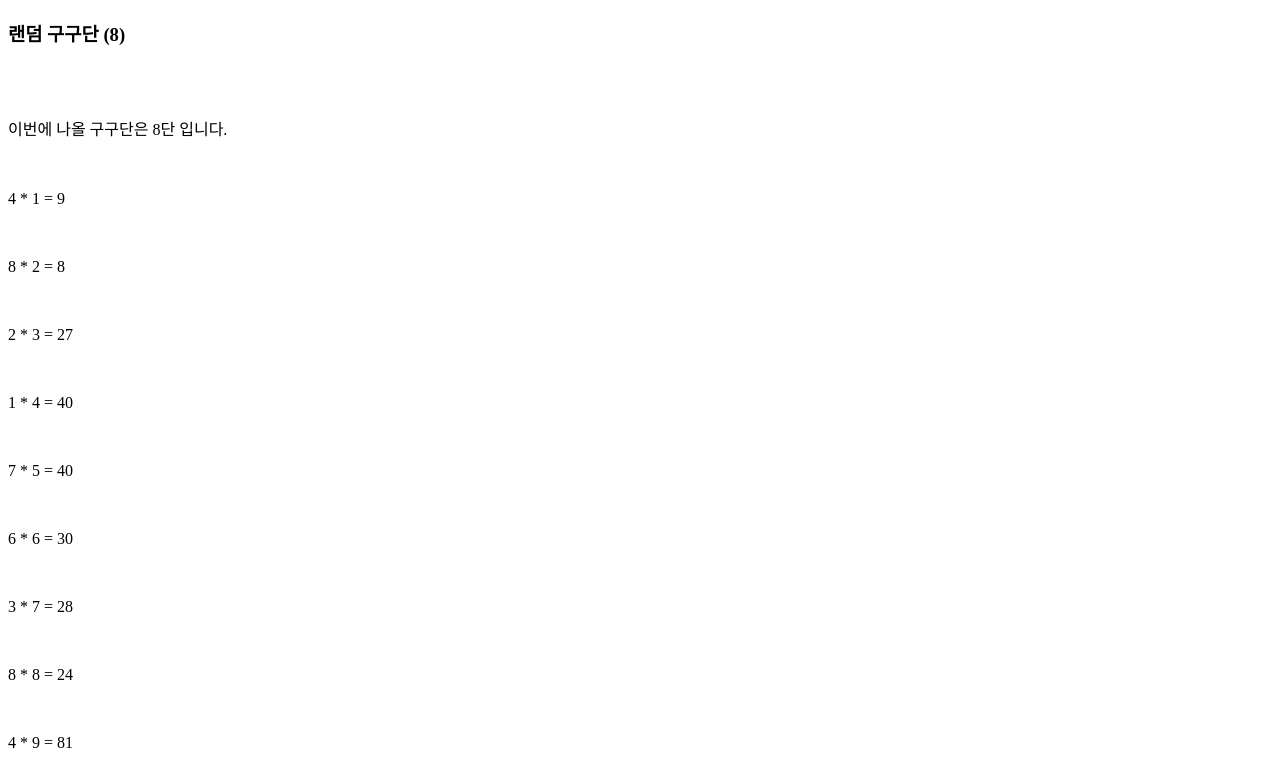
Repository: dwanGim/JSP_basic
Page: http://localhost/20220322/jsptag/tag_quiz03.jsp
These files come from the project's save history. The page is drawn as it stood at one moment and after the next save; the edit follows.
The browser window is 1280 px wide. The pictures show the whole page.
The page is served by Tomcat 9.

Above is the page before, as saved 2022-03-23 10:22:07.

### 20220322/src/main/webapp/jsptag/tag_quiz03.jsp
<%@ page language="java" contentType="text/html; charset=UTF-8"
    pageEncoding="UTF-8"%>
<!DOCTYPE html>
<html>
<head>
<meta charset="UTF-8">
<title>Insert title here</title>
</head>
<body>
<%!
	int ranNum() {
		int rn = (int)(Math.random() * 10) + 1;
		return rn;
}

%>

<h3>랜덤 구구단 (<%= ranNum() %>)</h3>
<br>
<br>
<p>이번에 나올 구구단은 <%= ranNum() %>단 입니다.<p>
<% for(int i = 1; i<10; i++){%>
	<br>
	<p><%= ranNum() %> * <%= i %> = <%= ranNum() * i %></p>
<% }%>



</body>
</html>

After the next save:
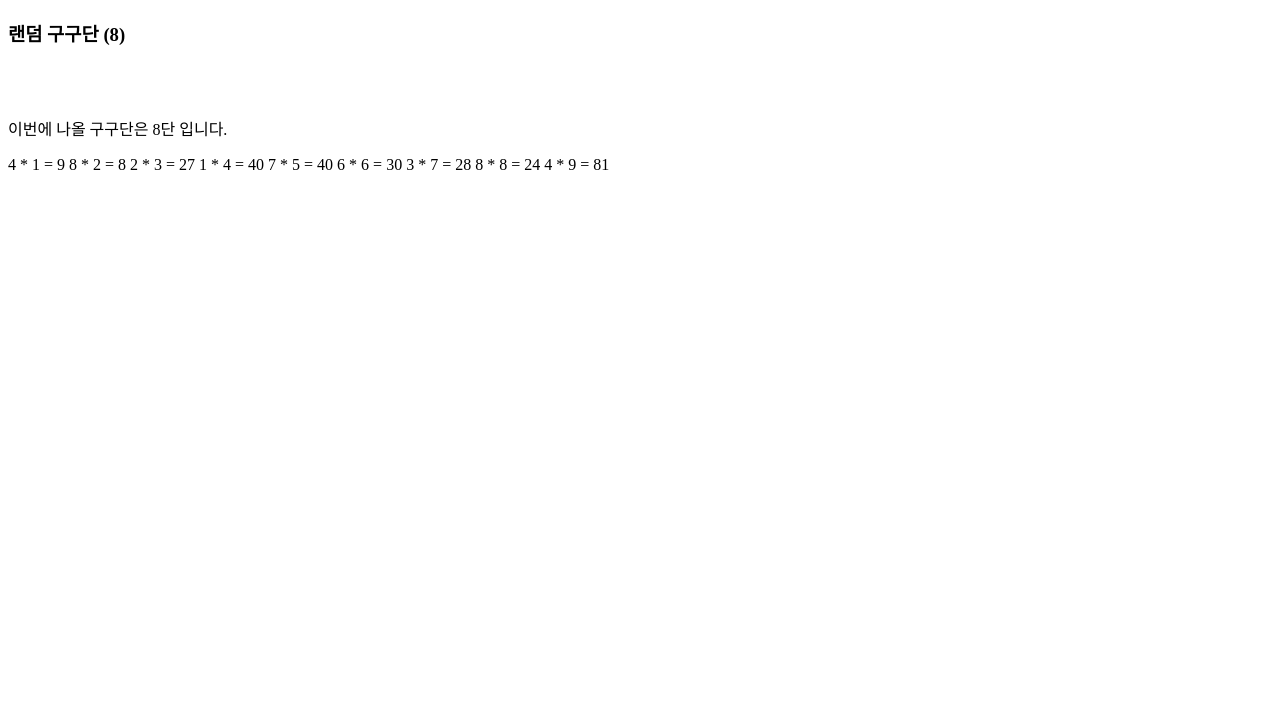
Saved 71 s later.
--- a/20220322/src/main/webapp/jsptag/tag_quiz03.jsp
+++ b/20220322/src/main/webapp/jsptag/tag_quiz03.jsp
@@ -20,8 +20,8 @@
 <br>
 <p>이번에 나올 구구단은 <%= ranNum() %>단 입니다.<p>
 <% for(int i = 1; i<10; i++){%>
-	<br>
-	<p><%= ranNum() %> * <%= i %> = <%= ranNum() * i %></p>
+
+	<%= ranNum() %> * <%= i %> = <%= ranNum() * i %>
 <% }%>
 
 
